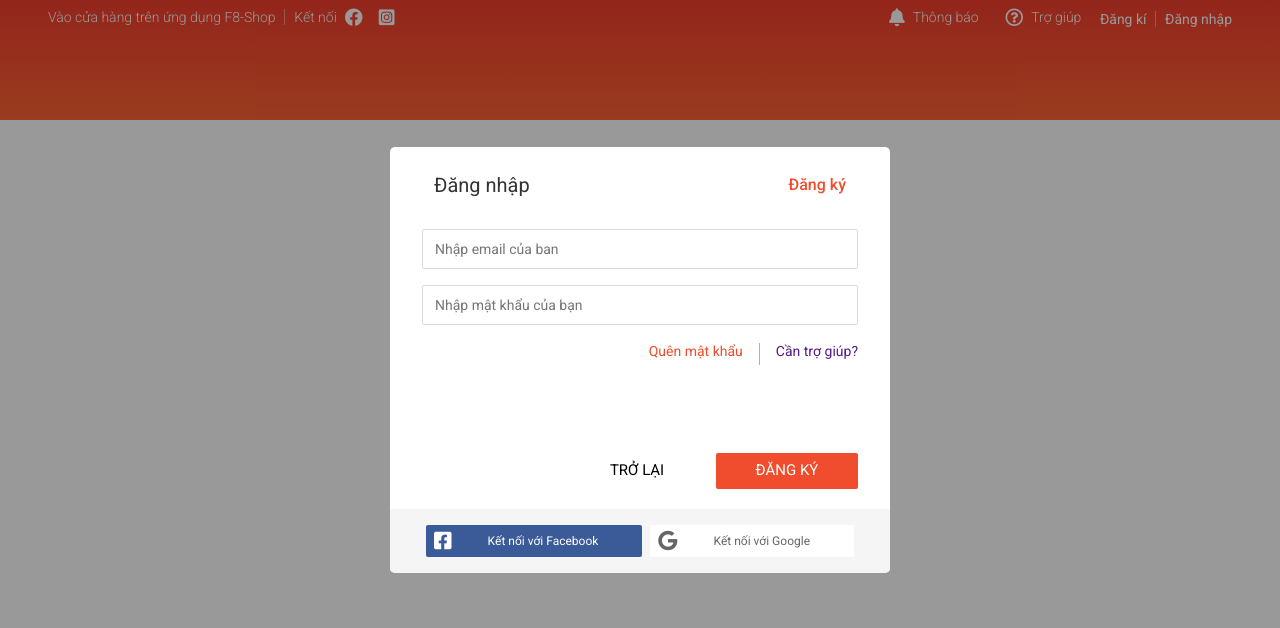
Repository: Phunobita/F8-shop
Page: index.html
The author's editor kept a copy of each file at every save. The page is drawn from the files as they stood at one save, then again after the next save.
The browser window is 1280 px wide. The pictures show the whole page.

Above is the page before, as saved 2021-11-24 20:50:06.

After the next save:
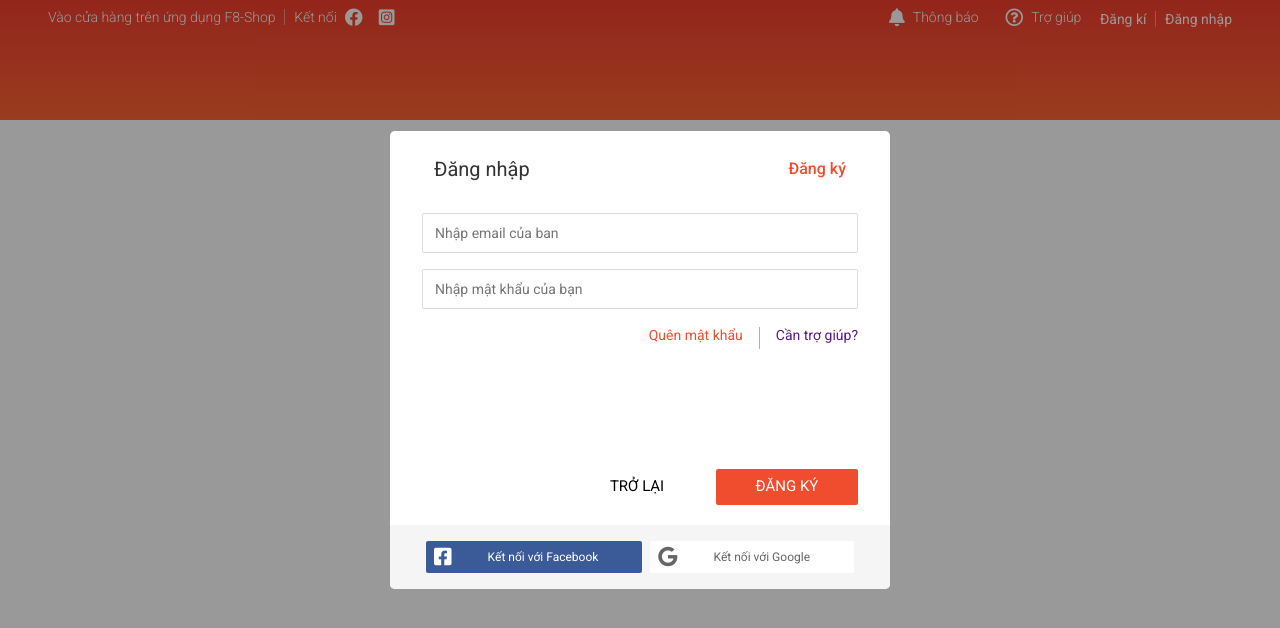
Saved 15 s later.
--- a/assets/css/main.css
+++ b/assets/css/main.css
@@ -323,5 +323,5 @@
   display: block;
   height: 22px;
   border-left: 1px solid rgb(181, 176, 176);
-  margin: 0 16px 8px;
-}
+  margin: 0 16px 40px;
+}
